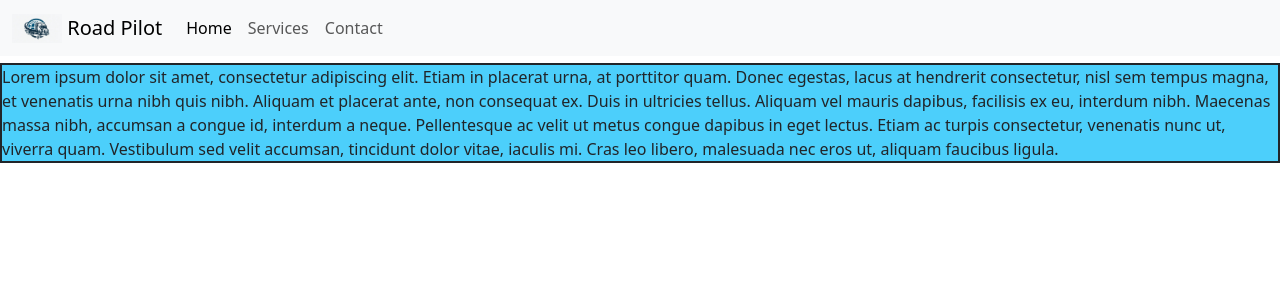
Repository: VictoriousMango/WebCreator
Page: index.html
These files come from the project's save history. The page is drawn as it stood at one moment and after the next save; the edit follows.
The browser window is 1280 px wide. The pictures show the whole page.

Above is the page before, as saved 2024-11-09 13:36:51.

After the next save:
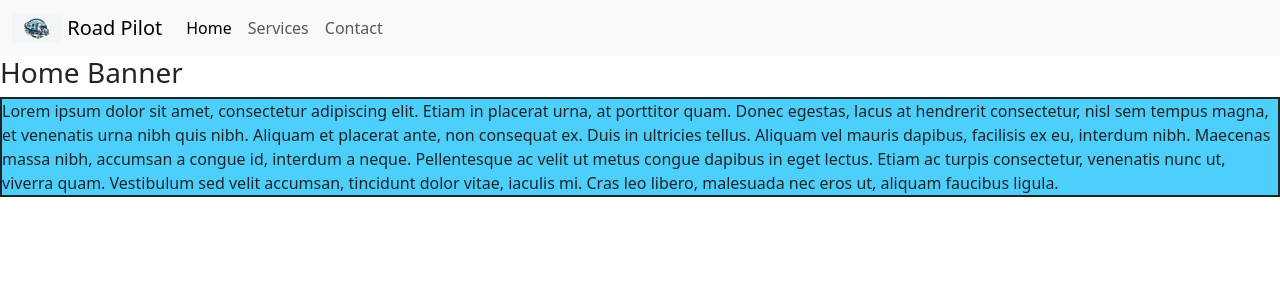
Saved 7 s later.
--- a/index.html
+++ b/index.html
@@ -40,7 +40,7 @@
     <!-- NavBar -->
     <main>
         <div class="home__banner">
-            <h3></h3>
+            <h3>Home Banner</h3>
         </div>
         <div class="home__about">
             <h3></h3>
